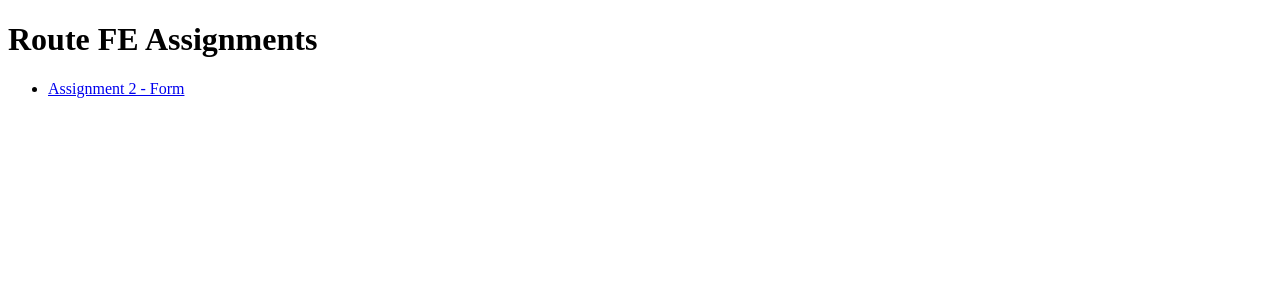
Repository: Basem-Serag/FE-Assignments
Page: index.html
The author's editor kept a copy of each file at every save. The page is drawn from the files as they stood at one save, then again after the next save.
The browser window is 1280 px wide. The pictures show the whole page.

Above is the page before, as saved 2025-03-20 19:06:47.

### index.html
<!DOCTYPE html>
<html lang="en">
  <head>
    <meta charset="UTF-8" />
    <meta name="viewport" content="width=device-width, initial-scale=1.0" />
    <title>My Assignments</title>
  </head>
  <body>
    <h1>Route FE Assignments</h1>
    <ul>
      <li><a href="./Assignment2-Form/index.html">Assignment 2 - Form</a></li>
    </ul>
  </body>
</html>

After the next save:
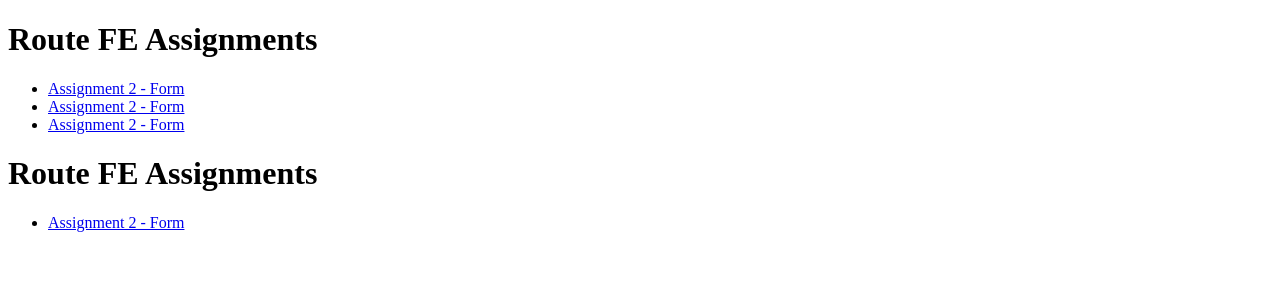
Saved 33 s later.
--- a/index.html
+++ b/index.html
@@ -1,3 +1,19 @@
+<!DOCTYPE html>
+<html lang="en">
+  <head>
+    <meta charset="UTF-8" />
+    <meta name="viewport" content="width=device-width, initial-scale=1.0" />
+    <title>My Assignments</title>
+  </head>
+  <body>
+    <h1>Route FE Assignments</h1>
+    <ul>
+      <li><a href="./Assignment2-Form/index.html">Assignment 2 - Form</a></li>
+      <li><a href="./Assignment2-Form/index.html">Assignment 2 - Form</a></li>
+      <li><a href="./Assignment2-Form/index.html">Assignment 2 - Form</a></li>
+    </ul>
+  </body>
+</html>
 <!DOCTYPE html>
 <html lang="en">
   <head>
